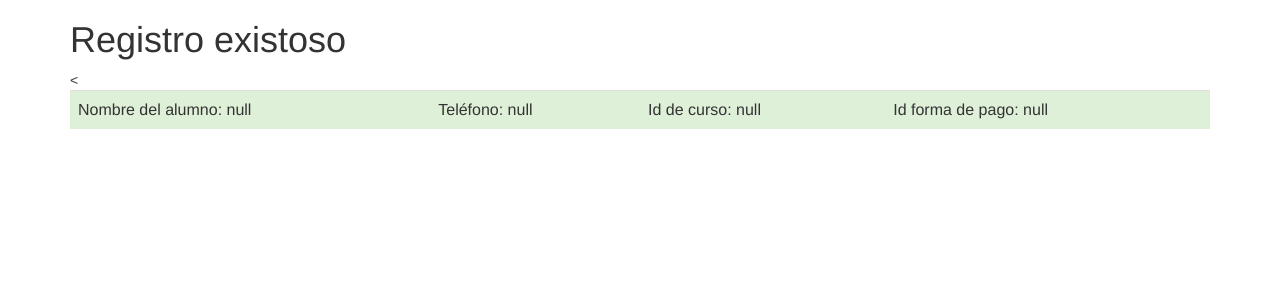
Repository: MarceArratia/ProyectosJava
Page: http://localhost/ListarInscripciones/preConfirmacion
These files come from the project's save history. The page is drawn as it stood at one moment and after the next save; the edit follows.
The browser window is 1280 px wide. The pictures show the whole page.
The page is served by Tomcat 9. Other server files are loaded and not shown.

Above is the page before, as saved 2020-07-29 01:39:52.

### ListarInscripciones/WebContent/confirmacion.jsp
<%@ page language="java" contentType="text/html; charset=UTF-8" pageEncoding="UTF-8"%>
<%

   String nombre = request.getParameter("nombre");
   String celular = request.getParameter("telefono");
   String idCurso = request.getParameter("idCurso");
   String idFormaDePago = request.getParameter("idFormaPago");
%>

<html>
<head>
<meta charset="ISO-8859-1">
<link rel="stylesheet" href="https://maxcdn.bootstrapcdn.com/bootstrap/3.4.0/css/bootstrap.min.css">
<script src="https://ajax.googleapis.com/ajax/libs/jquery/3.4.0/jquery.min.js"></script>
<script src="https://maxcdn.bootstrapcdn.com/bootstrap/3.4.0/js/bootstrap.min.js"></script>
<title>Confirmacion</title>
</head>
<body>
<div class="container">

   <h1>Registro existoso</h1>
   <table class="table">
   <tr class="table-active"><%= " " %>
<td class="bg-success">Nombre del alumno: <%=nombre%></td>
<td class="bg-success">Teléfono: <%=celular%></td>
<td class="bg-success">Id de curso: <%=idCurso%></td>
<td class="bg-success">Id forma de pago: <%=idFormaDePago%></td><


</tr>
 </table>
</div>
</body>
</html>

### ListarInscripciones/src/com/desafiolatam/servlets/PreConfirmacion.java
package com.desafiolatam.servlets;

import java.io.IOException;

import javax.servlet.ServletException;
import javax.servlet.annotation.WebServlet;
import javax.servlet.http.HttpServlet;
import javax.servlet.http.HttpServletRequest;
import javax.servlet.http.HttpServletResponse;

@WebServlet("/preConfirmacion")
public class PreConfirmacion extends HttpServlet
{
   protected void doGet(HttpServletRequest request ,HttpServletResponse response)
		   								   throws ServletException
                                          ,IOException
   {
       // redirecciono el request a la pagina JSP
      request.getRequestDispatcher("confirmacion.jsp").forward(request, response);
   }
}

After the next save:
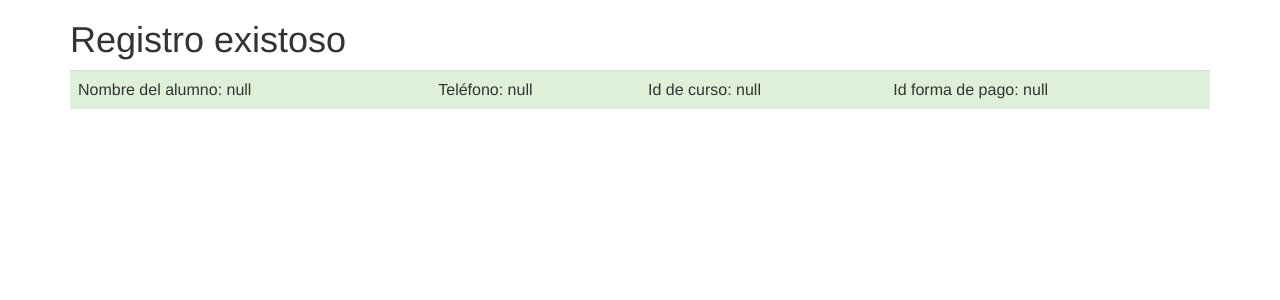
Saved 5 min 15 s later.
--- a/ListarInscripciones/WebContent/confirmacion.jsp
+++ b/ListarInscripciones/WebContent/confirmacion.jsp
@@ -24,7 +24,7 @@
 <td class="bg-success">Nombre del alumno: <%=nombre%></td>
 <td class="bg-success">Teléfono: <%=celular%></td>
 <td class="bg-success">Id de curso: <%=idCurso%></td>
-<td class="bg-success">Id forma de pago: <%=idFormaDePago%></td><
+<td class="bg-success">Id forma de pago: <%=idFormaDePago%></td>
 
 
 </tr>
